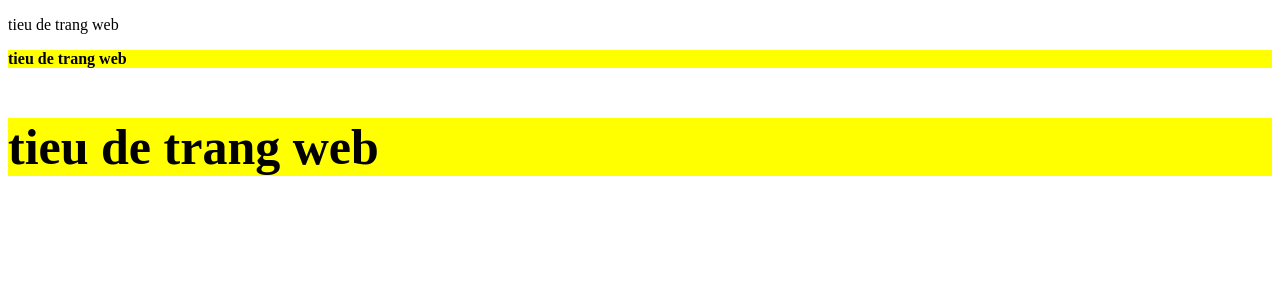
Repository: quocanh1010/quocanh1010.github.io
Page: Front End bai 1 2/index.html
These files come from the project's save history. The page is drawn as it stood at one moment and after the next save; the edit follows.
The browser window is 1280 px wide. The pictures show the whole page.

Above is the page before, as saved 2021-04-16 20:28:26.

### Front End bai 1 2/index.html
<!DOCTYPE html>
<html lang="en">

<head>
    <meta charset="UTF-8">
    <meta http-equiv="X-UA-Compatible" content="IE=edge">
    <meta name="viewport" content="width=device-width, initial-scale=1.0">
    <title>Techmaster</title>


    <style>
        h1 {
            color:red;
            background: rgb(38, 95, 117);
        }
        .mau-vang {
            background: yellow;
            font-weight: 800;
        }

        #big-size {
            font-size: 50px;
        }

    </style>

</head>

<body>

    <p>tieu de trang web</p>
    <p class="mau-vang" >tieu de trang web</p>
    <p class="mau-vang" id="big-size">tieu de trang web</p>


</body>

</html>

After the next save:
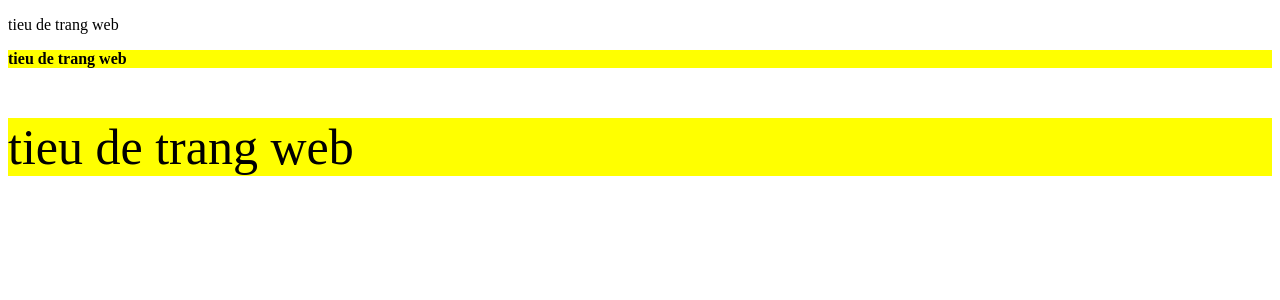
Saved 44 s later.
--- a/Front End bai 1 2/index.html
+++ b/Front End bai 1 2/index.html
@@ -17,7 +17,9 @@
             background: yellow;
             font-weight: 800;
         }
-
+        .font-other {
+            font-weight: 400;
+        }
         #big-size {
             font-size: 50px;
         }
@@ -30,7 +32,7 @@
 
     <p>tieu de trang web</p>
     <p class="mau-vang" >tieu de trang web</p>
-    <p class="mau-vang" id="big-size">tieu de trang web</p>
+    <p class="mau-vang font-other" id="big-size">tieu de trang web</p>
 
 
 </body>
